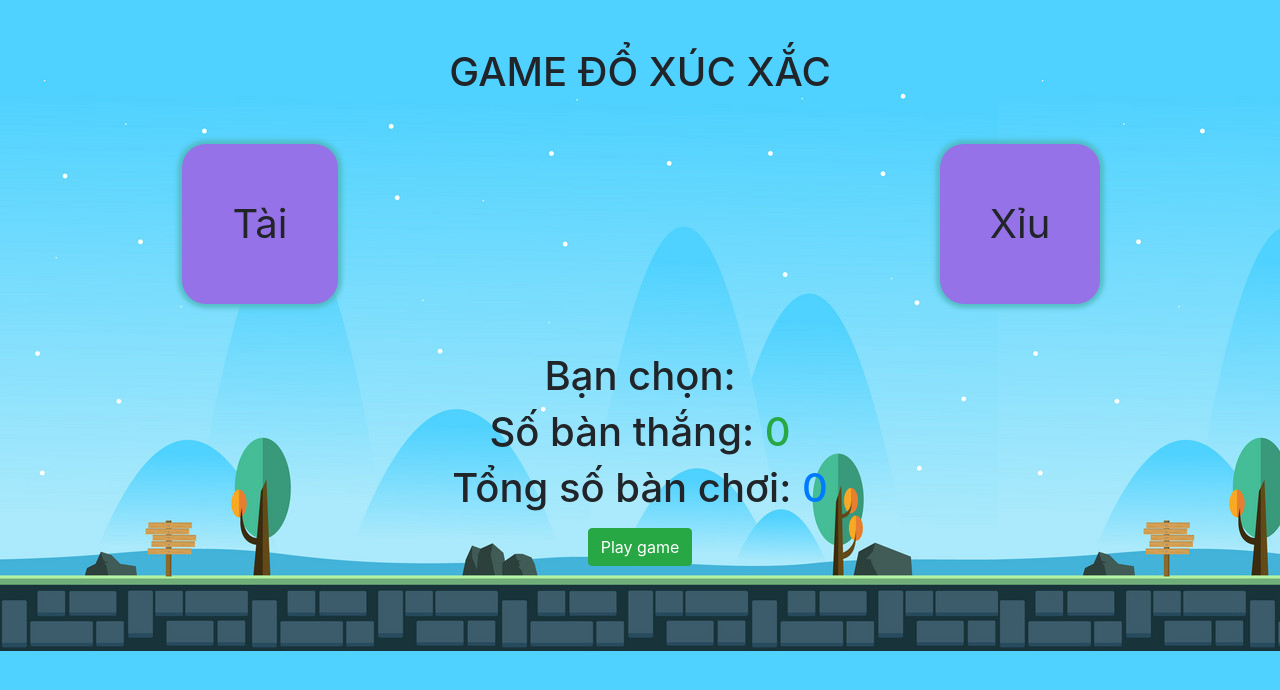
Repository: dovanthao2404/game-xuc-sac
Page: /
These files come from the project's save history. The page is drawn as it stood at one moment and after a run of saves; the edit follows.
The browser window is 1280 px wide. The pictures show the whole page.
The project was rebuilt for these pictures with package versions that can differ from the ones it lists, and the page was loaded fresh each time.

Above is the page before, as saved 2021-09-11 14:05:24.

After the next 2 saves:
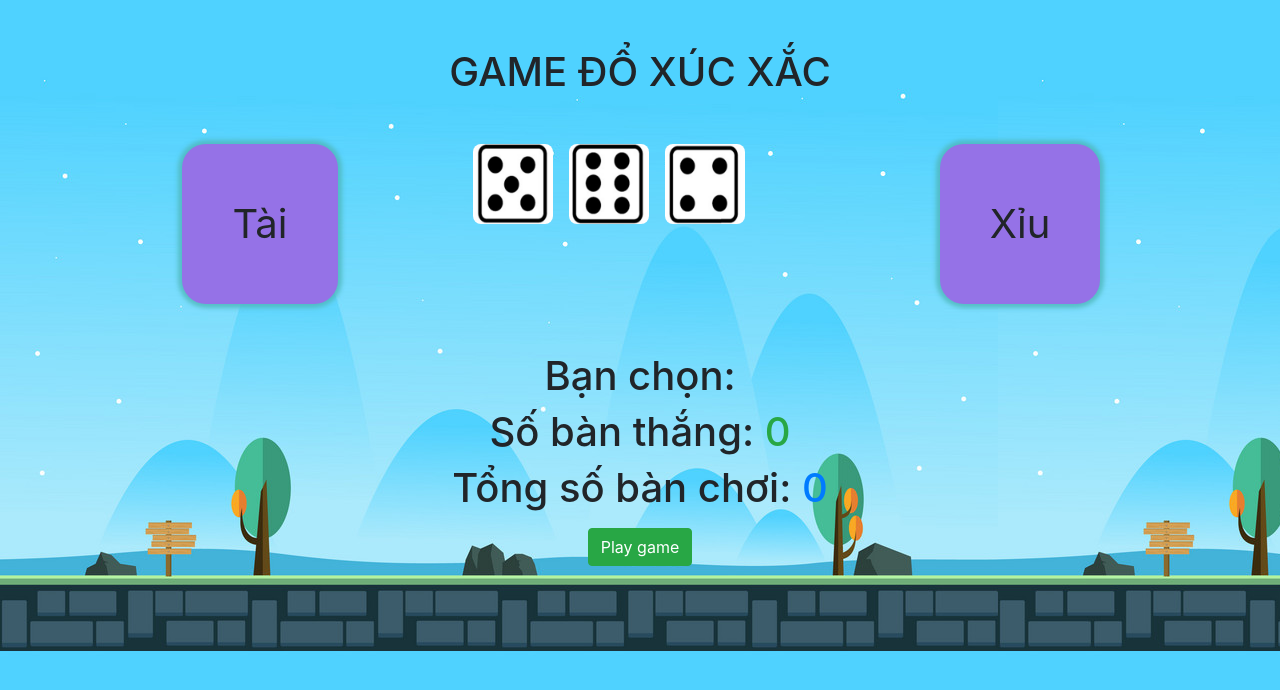
The 2 saves are shown as one change because they came seconds apart.
The last was saved 8 s later.
--- a/src/Components/index.js
+++ b/src/Components/index.js
@@ -19,6 +19,7 @@ class DoiXiNgau extends Component {
       const random = Math.ceil(Math.random() * 6)
       xucXac.push(<img src={"./images/" + random + ".png"} alt="" />)
     }
+    return xucXac;
   }
   render() {
     return (
